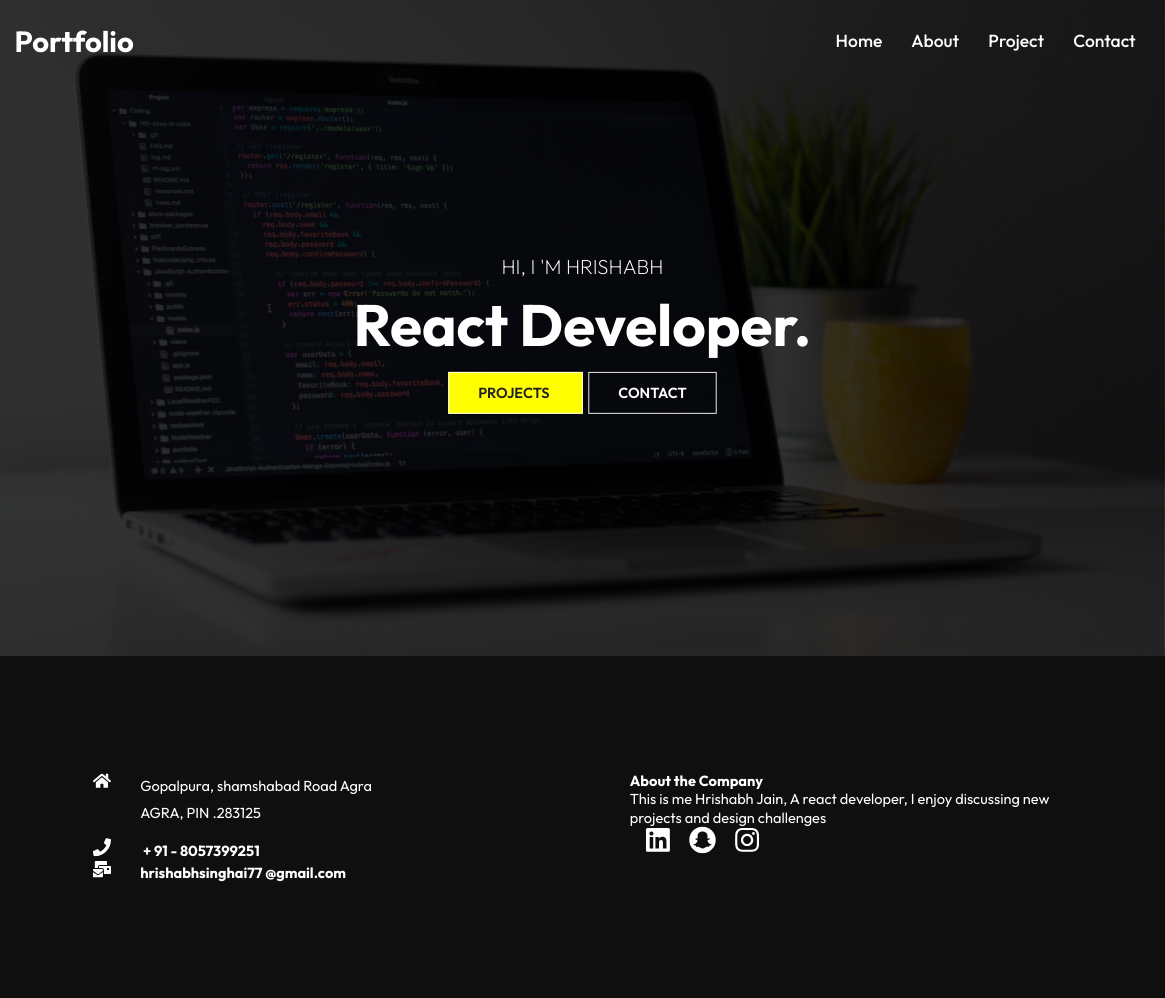
Repository: Hrishabhsinghai/Portfolio
Page: /
These files come from the project's save history. The page is drawn as it stood at one moment and after the next save; the edit follows.
The browser window is 1280 px wide. The pictures show the whole page, at 91% of full size.
The project was rebuilt for these pictures with package versions that can differ from the ones it lists, and the page was loaded fresh each time. Also part of the build but not shown: src/routes/About.js, src/routes/Project.js, src/routes/Contact.js.

Above is the page before, as saved 2024-01-04 16:07:14.

### src/index.css
@import url("https://fonts.googleapis.com/css2?family=Orbitron&family=Outfit:wght@100;200;300;400;500;600;700;800;900&display=swap");
* {
  box-sizing: border-box;
  margin: 0;
  padding: 0;
  font-family: "Outfit", sans-serif;
}

body {
  background: black;
}

h1,
h4,
p,
a {
  color: #fff;
  text-decoration: none;
}

ul {
  list-style-type: none;
}

.btn {
  padding: 12px 32px;
  font-size: 1rem;
  text-transform: uppercase;
  color: #222;
  border: 1px solid #fff;
  font-weight: 600;
  cursor: pointer;
  background: yellow;
}

.btn-light {
  background: transparent;
  color: #fff;
}

.btn-hover {
  background: rgba(255, 255, 255, 0.2);
  color: #fff;
  transition: 0.3;
}

### src/App.js
import "./index.css";
import Home from "./routes/Home";
import About from "./routes/About";
import Project from "./routes/Project";
import Contact from "./routes/Contact";
import { Route, Routes } from "react-router-dom";

function App() {
  return (
    <>
      <Routes>
        <Route path="/" element={<Home />} />{" "}
        <Route path="/project" element={<Project />} />{" "}
        <Route path="/About" element={<About />} />{" "}
        <Route path="/Contact" element={<Contact />} />{" "}
      </Routes>{" "}
    </>
  );
}

export default App;

### src/routes/Home.js
import React from "react";
import Navbar from "../components/Navbar";
import HeroImg from "../components/HeroImg";
import Footer from "../components/Footer";

const Home = () => {
  return (
    <div>
      <Navbar />
      <HeroImg />
      <Footer />
    </div>
  );
};

export default Home;

### src/components/Navbar.js
import { Link } from "react-router-dom";
import "./NavbarStyles.css";

import { FaBars, FaTimes } from "react-icons/fa";
import { useState } from "react";

const Navbar = () => {
  const [click, setClick] = useState(false);
  const handleClick = () => setClick(!click);

  const [color, settColor] = useState(false);
  const changeColor = () => {
    if (window.scrollY >= 100) {
      settColor(true);
    } else {
      settColor(false);
    }
  };

  window.addEventListener("scroll", changeColor);

  return (
    <div className={click ? "header header-bg" : "header"}>
      <Link to="/">
        {" "}
        <h1> Portfolio </h1>{" "}
      </Link>{" "}
      <ul className={click ? "nav-menu active" : "nav-menu"}>
        <li>
          <Link to="/"> Home </Link>{" "}
        </li>{" "}
        <li>
          <Link to="/About"> About </Link>{" "}
        </li>{" "}
        <li>
          <Link to="/Project"> Project </Link>{" "}
        </li>{" "}
        <li>
          <Link to="/Contact"> Contact </Link>{" "}
        </li>{" "}
      </ul>{" "}
      <div className="hamburger" onClick={handleClick}>
        {" "}
        {click ? (
          <FaTimes size={20} style={{ color: "#fff" }} />
        ) : (
          <FaBars size={20} style={{ color: "#fff" }} />
        )}{" "}
      </div>{" "}
    </div>
  );
};

export default Navbar;

### src/components/HeroImg.js
import "./HeroImgStyles.css";
import "../index.css";
import IntroImg from "../assets/IntroImg.jpg";
import React from "react";
import { Link } from "react-router-dom";

const HeroImg = () => {
  return (
    <div className="hero">
      <div className="mask">
        <img className="into-img" src={IntroImg} alt="IntroImg" />
      </div>{" "}
      <div className="content">
        <p> HI, I 'M HRISHABH </p> <h1> React Developer. </h1>{" "}
        <div>
          <Link to="/project" className="btn">
            {" "}
            Projects{" "}
          </Link>{" "}
          <Link to="/contact" className="btn btn-light">
            {" "}
            Contact{" "}
          </Link>{" "}
        </div>{" "}
      </div>{" "}
    </div>
  );
};

export default HeroImg;

### src/components/Footer.js
import "./FooterStyles.css";

import React from "react";
import {
  FaHome,
  FaInstagram,
  FaLinkedin,
  FaMailBulk,
  FaPhone,
  FaSnapchat,
} from "react-icons/fa";

const Footer = () => {
  return (
    <div className="footer">
      <div className="footer-container">
        <div className="left">
          <div className="location">
            <FaHome size={20} style={{ color: "#fff", marginRight: "2rem" }} />{" "}
            <div>
              <p> Gopalpura, shamshabad Road Agra </p>{" "}
              <p> AGRA, PIN .283125 </p>{" "}
            </div>{" "}
          </div>{" "}
          <div className="phone">
            <h4>
              {" "}
              <FaPhone
                size={20}
                style={{ color: "#fff", marginRight: "2rem" }}
              />{" "}
              + 91 - 8057399251{" "}
            </h4>{" "}
          </div>{" "}
          <div className="email">
            <h4>
              {" "}
              <FaMailBulk
                size={20}
                style={{ color: "#fff", marginRight: "2rem" }}
              />
              hrishabhsinghai77 @gmail.com{" "}
            </h4>{" "}
          </div>{" "}
        </div>{" "}
        <div className="right">
          <h4> About the Company </h4>{" "}
          <p>
            {" "}
            This is me Hrishabh Jain, A react developer, I enjoy discussing new
            projects and design challenges{" "}
          </p>{" "}
          <div className="social">
            <h4>
              <FaLinkedin
                size={30}
                style={{ color: "#fff", marginLeft: "1rem" }}
              />{" "}
              <FaSnapchat
                size={30}
                style={{ color: "#fff", marginLeft: "1rem" }}
              />{" "}
              <FaInstagram
                size={30}
                style={{ color: "#fff", marginLeft: "1rem" }}
              />{" "}
            </h4>{" "}
          </div>{" "}
        </div>{" "}
      </div>{" "}
    </div>
  );
};

export default Footer;

### src/components/NavbarStyles.css
.header {
  display: flex;
  justify-content: space-between;
  align-items: center;
  padding: 1rem;
  position: fixed;
  width: 100%;
  height: 90px;
  z-index: 10;
}

.header-bg {
  background-color: rgba(0, 0, 0, 0.85);
  transition: 0.5s;
}

.nav-menu {
  display: flex;
}

.nav-menu li {
  padding: 0 1rem;
}

.nav-menu li a {
  font-size: 1.2rem;
  font-weight: 500;
}

.hamburger {
  display: none;
}

@media screen and (max-width: 1040px) {
  .nav-menu {
    flex-direction: column;
    justify-content: center;
    align-items: center;
    width: 100%;
    height: 100vh;
    background: rgba(0, 0, 0, 0.9);
    position: absolute;
    top: 0;
    left: -100%;
    z-index: -3;
    transition: 0.3s;
  }
  .nav-menu.active {
    left: 0;
  }
  .nav-menu li {
    padding: 1rem 0;
  }
  .nav-menu li a {
    font-size: 2rem;
  }
  .hamburger {
    display: initial;
  }
}

### src/components/HeroImgStyles.css
.mask {
  width: 100%;
  height: 100vh;
  position: relative;
}

.into-img {
  width: 100%;
  height: 100vh;
  background-size: cover;
  background-position: center;
  object-fit: cover;
}

.mask::after {
  content: "";
  width: 100%;
  height: 100vh;
  position: absolute;
  top: 0;
  left: 0;
  background-color: #000;
  opacity: 0.8;
}

.hero {
  height: 100%;
  width: 100;
}

.hero .content {
  position: absolute;
  transform: translate(-50%, -50%);
  top: 50%;
  left: 50%;
  text-align: center;
}

.hero .content h1 {
  font-size: 4rem;
  padding: 0.6rem 0 1.5rem;
}

.hero .content p {
  font-size: 1.4rem;
  font-weight: 200;
  text-transform: uppercase;
}

.content .btn {
  margin: 1rem 0.2rem;
}

@media screen and (max-width: 640px) {
  .hero .content h1 {
    font-size: 3rem;
  }
  .hero .content p {
    font-size: 1.4rem;
  }
}

### src/components/FooterStyles.css
.footer {
  width: 100%;
  padding: 6rem 0;
  background-color: rgba(19, 19, 19, 0.8);
}

.footer-container {
  max-width: 1140px;
  margin: auto;
  display: grid;
  grid-template-columns: repeat(2, 1fr);
  grid-gap: 40px;
}

.left {
  height: 100%;
  max-width: 100%;
  display: flex;
  flex-direction: column;
  padding: 2rem;
}

.location {
  display: flex;
  margin-bottom: 0.8rem;
}

.location p {
  line-height: 30px;
}

.right {
  height: 100%;
  max-width: 100%;
  display: flex;
  flex-direction: column;
  padding: 2rem;
}

Loaded but not shown: public/index.html (common file); src/index.js (common file)

After the next save:
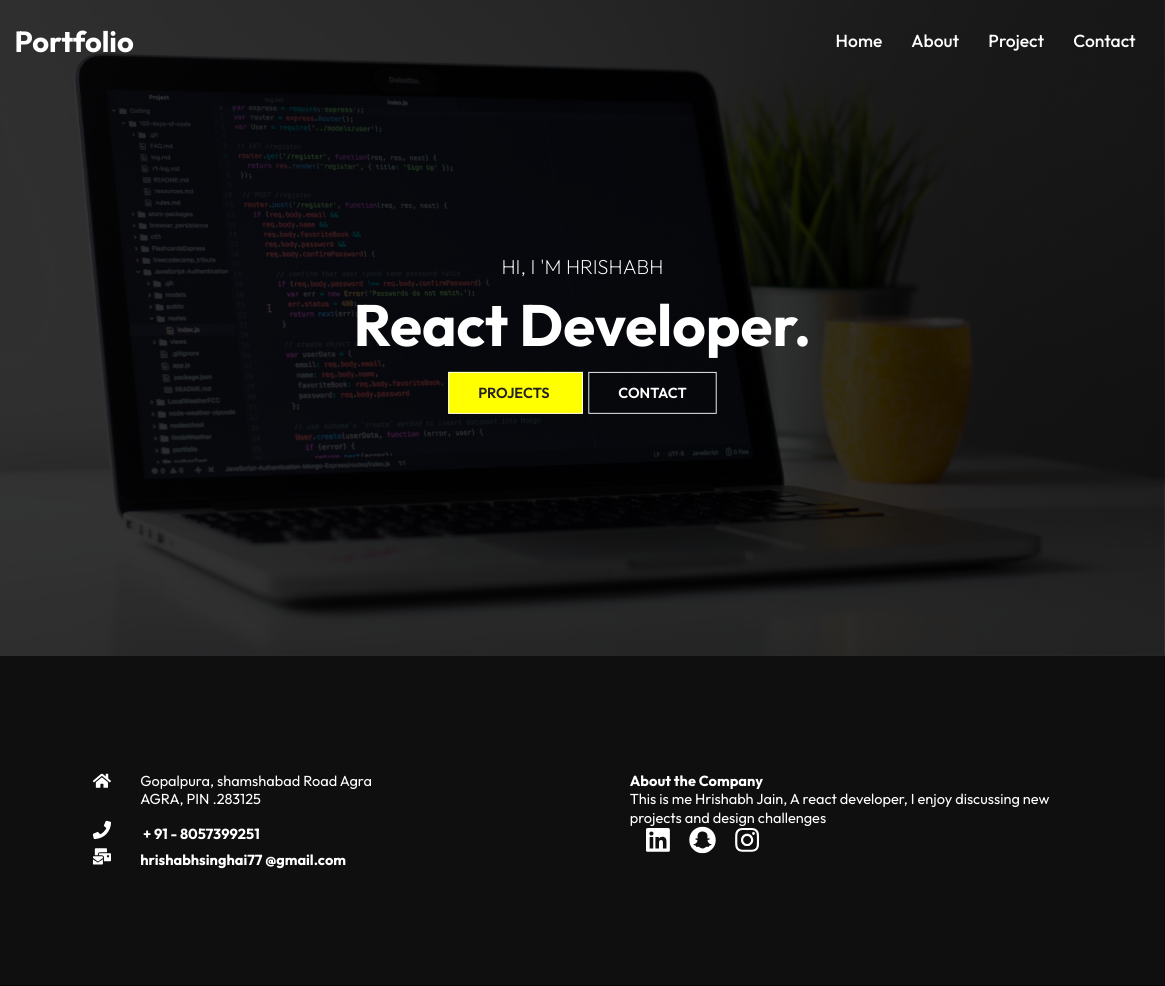
Saved 14 s later.
--- a/src/components/FooterStyles.css
+++ b/src/components/FooterStyles.css
@@ -25,7 +25,12 @@
   margin-bottom: 0.8rem;
 }
 
-.location p {
+.location {
+  display: flex;
+  margin-bottom: 0.8rem;
+}
+
+.phone {
   line-height: 30px;
 }
 
